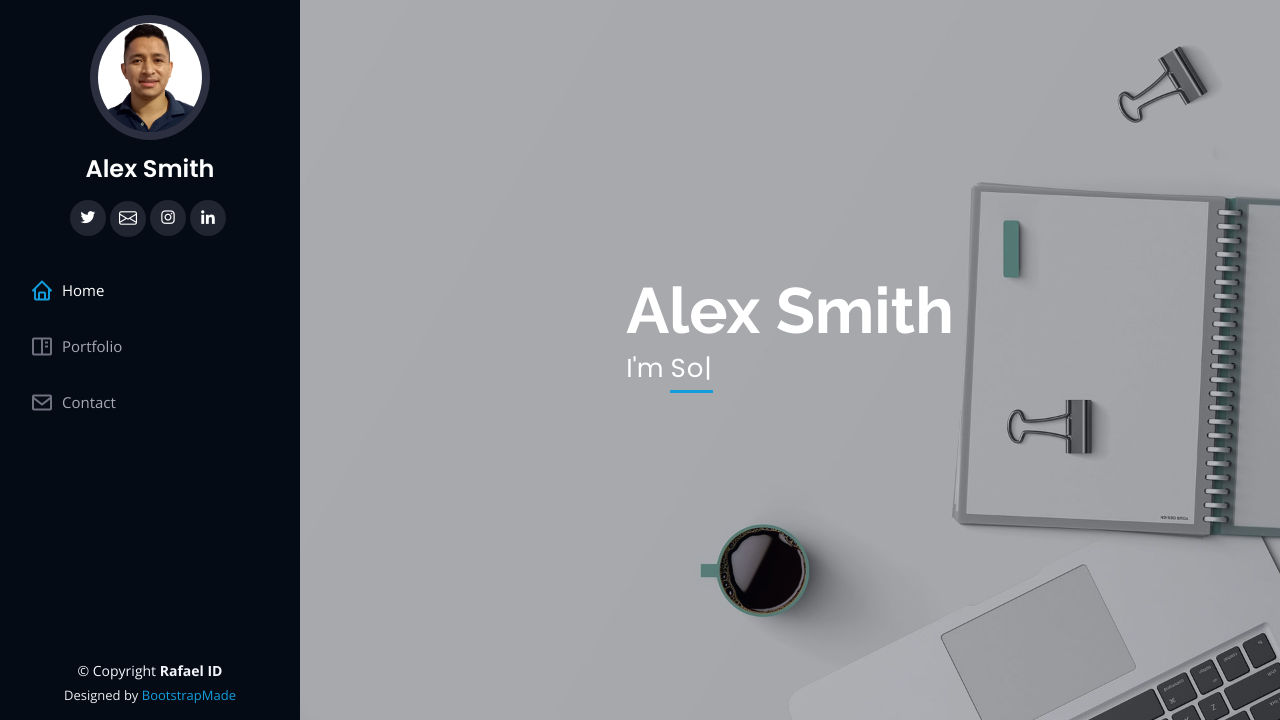
Repository: ralfId/myportfolio
Page: /
An editor plug-in stored every save of this project. The page is shown before and after the next save, followed by the edit.
The browser window is 1280 px wide. The pictures show the whole page.
The project was rebuilt for these pictures with package versions that can differ from the ones it lists, and the page was loaded fresh each time. Also part of the build but not shown: src/data/projects.js, src/components/Projects/ProjectItem.js, src/components/Projects/ProjectIndex.js, src/helpers/ProjectById.js, src/components/Projects/ProjectDetail.js.

Above is the page before, as saved 2021-09-20 12:33:31.

After the next save:
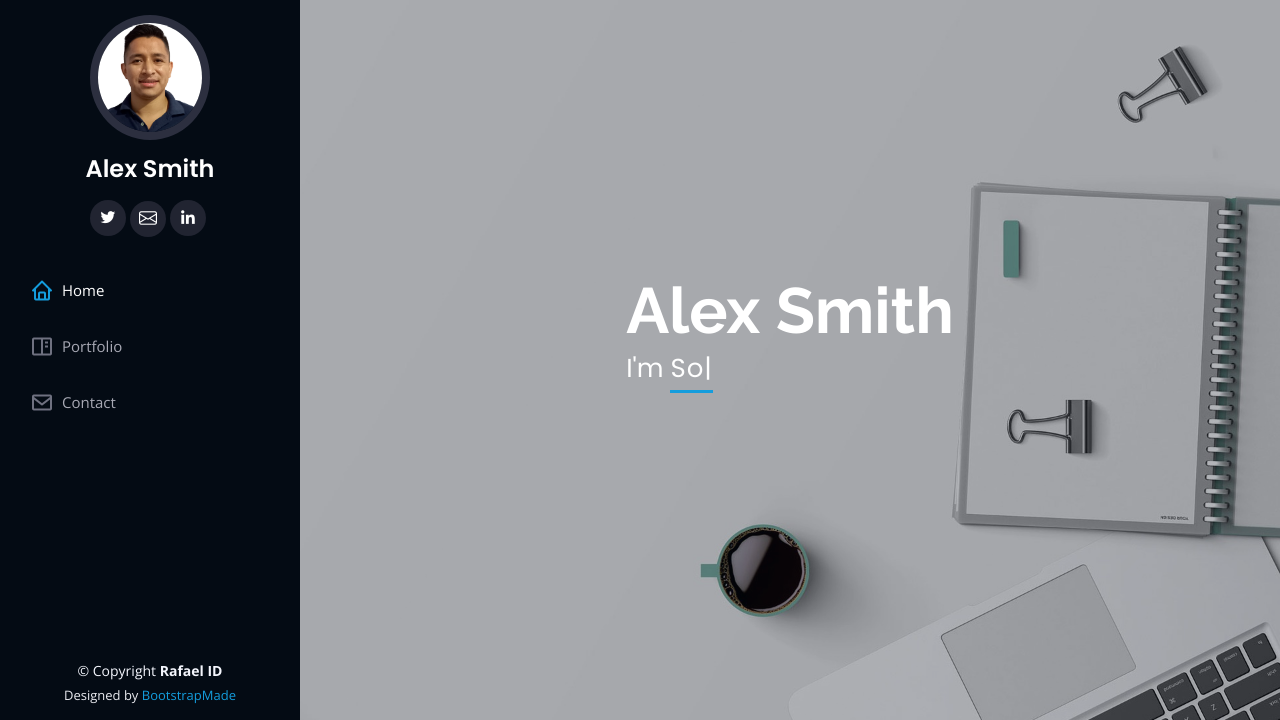
Saved 2 h 51 min later.
--- a/src/components/Nav.js
+++ b/src/components/Nav.js
@@ -26,7 +26,7 @@ export const Nav = () => {
             <div className="social-links mt-3 text-center">
               <a href="https://twitter.com/ralf_id" className="twitter" target="_blank" rel="noreferrer"><i className="bx bxl-twitter"></i></a>
               <a href="mailto:ralf_raid@outlook.es" className="mail" target="_blank" rel="noreferrer"><i class="bi bi-envelope"></i></a>
-              <a href="http://localhost:3000/index" className="instagram" target="_blank" rel="noreferrer"><i className="bx bxl-instagram"></i></a>
+              {/* <a href="http://localhost:3000/index" className="instagram" target="_blank" rel="noreferrer"><i className="bx bxl-instagram"></i></a> */}
               <a href="https://www.linkedin.com/in/rafaelid/" className="linkedin" target="_blank" rel="noreferrer"><i className="bx bxl-linkedin"></i></a>
             </div>
           </div>
